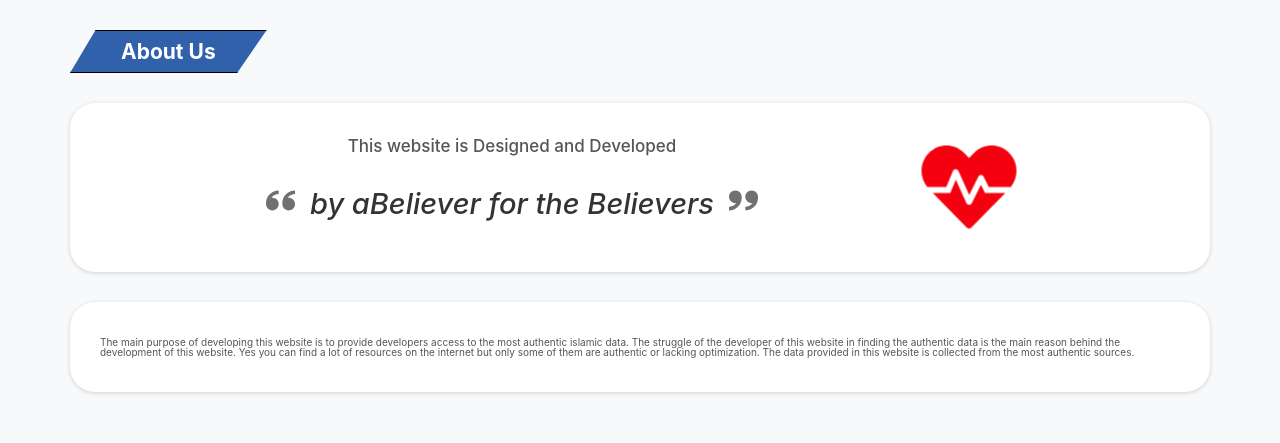
Repository: SpicierEwe/islamic-dev-repo
Page: /legal/about_us
The author's editor kept a copy of each file at every save. The page is drawn from the files as they stood at one save, then again after the next save.
The browser window is 1280 px wide. The pictures show the whole page.
The project was rebuilt for these pictures with package versions that can differ from the ones it lists, and the page was loaded fresh each time. The framework's server and built-in components were replaced by stand-ins that run in the browser. Also part of the build but not shown: next.config.js.

Above is the page before, as saved 2022-09-16 17:30:54.

### pages/_app.js
import "../styles/globals.css";
import { DataContextProvider } from "../store/data_context";

function MyApp({ Component, pageProps }) {
  return (
    <DataContextProvider>
      <Component {...pageProps} />
    </DataContextProvider>
  );
}

export default MyApp;

### pages/legal/about_us.js
import AboutUs from "../../components/legal/about_us/about_us";

export default function Legal() {
  return (
    <div>
      <AboutUs></AboutUs>
    </div>
  );
}

### styles/globals.css
html,
body,
div,
span,
applet,
object,
iframe,
h1,
h2,
h3,
h4,
h5,
h6,
p,
blockquote,
pre,
a,
abbr,
acronym,
address,
big,
cite,
code,
del,
dfn,
em,
img,
ins,
kbd,
q,
s,
samp,
small,
strike,
strong,
sub,
sup,
tt,
var,
b,
u,
i,
center,
dl,
dt,
dd,
ol,
ul,
li,
fieldset,
form,
label,
legend,
table,
caption,
tbody,
tfoot,
thead,
tr,
th,
td,
article,
aside,
canvas,
details,
embed,
figure,
figcaption,
footer,
header,
hgroup,
menu,
nav,
output,
ruby,
section,
summary,
time,
mark,
audio,
video {
  margin: 0;
  padding: 0;
  border: 0;
  vertical-align: baseline;
}
/* HTML5 display-role reset for older browsers */
article,
aside,
details,
figcaption,
figure,
footer,
header,
hgroup,
menu,
nav,
section {
  display: block;
}
body {
  line-height: 1;
}
ol,
ul {
  list-style: none;
}
blockquote,
q {
  quotes: none;
}
blockquote:before,
blockquote:after,
q:before,
q:after {
  content: "";
  content: none;
}
table {
  border-collapse: collapse;
  border-spacing: 0;
}

/*

 ////////////////////////////////////////////////////////////////////////////from here are the styles
 //////////////////////////////////////////////////////////////////////////

*/

:root {
  --complementary-blue: #0077b6;
  --heading_black: #080808;
}

html {
  font-size: 62.5%;
}

html,
body {
  padding: 0;
  margin: 0;
  /* font-family: "Roboto", "Open Sans", sans-serif, -apple-system,
    BlinkMacSystemFont, Segoe UI, Roboto, Oxygen, Ubuntu, Cantarell, Fira Sans,
    Droid Sans, Helvetica Neue, sans-serif; */

  font-family: -apple-system, BlinkMacSystemFont, Segoe UI, Roboto, Oxygen,
    Ubuntu, Cantarell, Fira Sans, Droid Sans, Helvetica Neue, sans-serif;
  font-weight: 400;
  line-height: 1;
  color: #555;
  box-sizing: border-box;

  background-color: #f8f9fb;

  /* will make the website unselectable/copyable */
  /* -webkit-touch-callout: none;
  -webkit-user-select: none;
  -khtml-user-select: none;
  -moz-user-select: none;
  -ms-user-select: none;
  user-select: none; */
}

a {
  color: inherit;
  text-decoration: none;
}

* {
  box-sizing: border-box;
}

### store/data_context.js
import { createContext, useState } from "react";

const DataContext = createContext({
  db: [],
  downlodable_data: [],
  globaliseDataFunction: (data) => {},
  globaliseDownloadableData: (data) => {},
});

export function DataContextProvider(props) {
  const [db, setDb] = useState([]);
  const [downlodableData, setdownlodableData] = useState([]);

  // globalize db
  function globaliseData(data) {
    /// will update the data
    setDb(data);
  }

  // globalize db
  function globaliseDownloadableData(data) {
    /// will update the data
    setdownlodableData(data);
  }

  const context = {
    db: db,
    downlodable_data: downlodableData,
    globaliseDataFunction: globaliseData,
    globaliseDownloadableData: globaliseDownloadableData,
  };

  return (
    <DataContext.Provider value={context}>
      {props.children}
    </DataContext.Provider>
  );
}

export default DataContext;

### components/legal/about_us/about_us.js
import styles from "./about_us.module.css";
import Image from "next/image";
import { ImQuotesLeft, ImQuotesRight } from "react-icons/im";
import { FaHeartbeat } from "react-icons/fa";

export default function AboutUs(props) {
  return (
    <div className={styles.bg}>
      <h1 className={styles.page_title}>About Us</h1>
      <div className={styles.container_development}>
        <div>
          <p className={styles.intro}>This website is Designed and Developed</p>
          <blockquote>
            <h3 className={styles.quote}>
              <ImQuotesLeft color="#707070" style={{ marginRight: "1.5rem" }} />
              by aBeliever for the Believers
              <ImQuotesRight color="#707070" style={{ marginLeft: "1.5rem" }} />
            </h3>
          </blockquote>
        </div>
        <div className={styles.heart_icon}>
          <FaHeartbeat size="9rem" color="f4000e" />
        </div>
      </div>
      <div className={styles.container_development}>
        <p>
          The main purpose of developing this website is to provide developers
          access to the most authentic islamic data. The struggle of the
          developer of this website in finding the authentic data is the main
          reason behind the development of this website. Yes you can find a lot
          of resources on the internet but only some of them are authentic or
          lacking optimization. The data provided in this website is collected
          from the most authentic sources.
        </p>
      </div>
    </div>
  );
}

### components/legal/about_us/about_us.module.css
.bg {
  /* background-color: red; */
  max-width: 120rem;
  padding: 0 3rem;
  margin: 0 auto;
}

.page_title {
  margin-top: 3rem;
  display: inline-block;
  clip-path: polygon(13% 0, 100% 0%, 85% 100%, 0% 100%);
  background-color: #3061aa;
  color: white;
  border: 1px solid black;
  padding: 1rem 5rem;
  font-size: 2.1rem;
}

.container_development {
  justify-content: center;
  align-items: center;
  display: flex;
  border-radius: 2.5rem;
  margin-top: 3rem;
  background-color: white;
  padding: 3.5rem 3rem;
  box-shadow: rgba(0, 0, 0, 0.16) 0px 1px 4px;
  justify-content: space-evenly;
}

.intro {
  text-align: center;
  font-weight: 500;
  color: #555;
  font-size: 1.7rem;
}

.quote {
  margin-top: 3rem;
  color: #333;
  font-weight: 500;
  font-size: 2.9rem;
  font-style: italic;
  padding-bottom: 1.9rem;
  text-align: center;
}

/* heart icon */
.heart_icon {
  animation: heartBeat 1.5s infinite;
}

/* heart icon animation */
@keyframes heartBeat {
  0% {
    transform: scale(1);
  }
  20% {
    transform: scale(1.1);
  }
  40% {
    transform: scale(1);
  }
  60% {
    transform: scale(1.1);
  }
  80% {
    transform: scale(1);
  }
  100% {
    transform: scale(1);
  }
}

/* media query */
@media (max-width: 768px) {
  .container_development {
    flex-direction: column;
    row-gap: 1.5rem;
  }
}

After the next save:
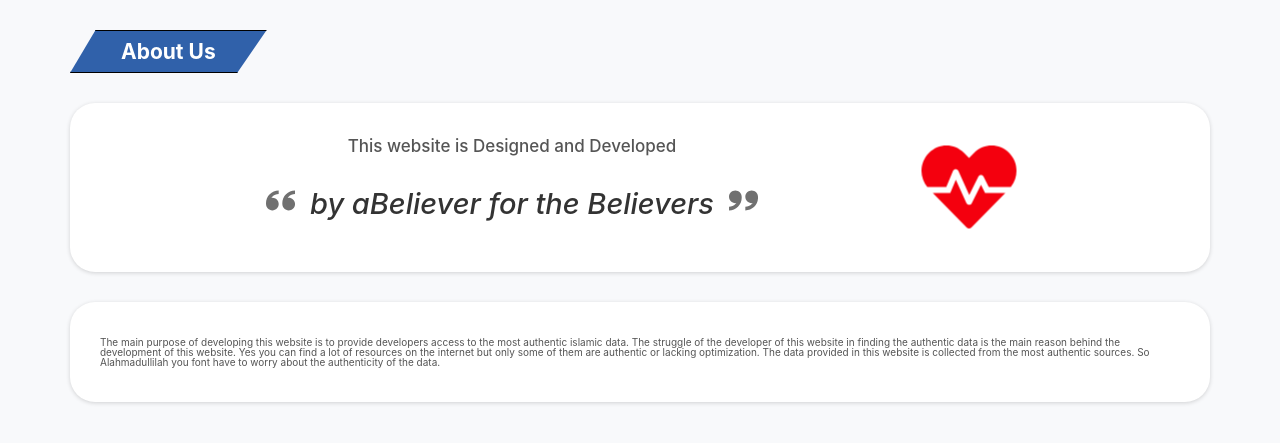
Saved 32 s later.
--- a/components/legal/about_us/about_us.js
+++ b/components/legal/about_us/about_us.js
@@ -30,7 +30,8 @@ export default function AboutUs(props) {
           reason behind the development of this website. Yes you can find a lot
           of resources on the internet but only some of them are authentic or
           lacking optimization. The data provided in this website is collected
-          from the most authentic sources.
+          from the most authentic sources. So Alahmadullilah you font have to
+          worry about the authenticity of the data.
         </p>
       </div>
     </div>
